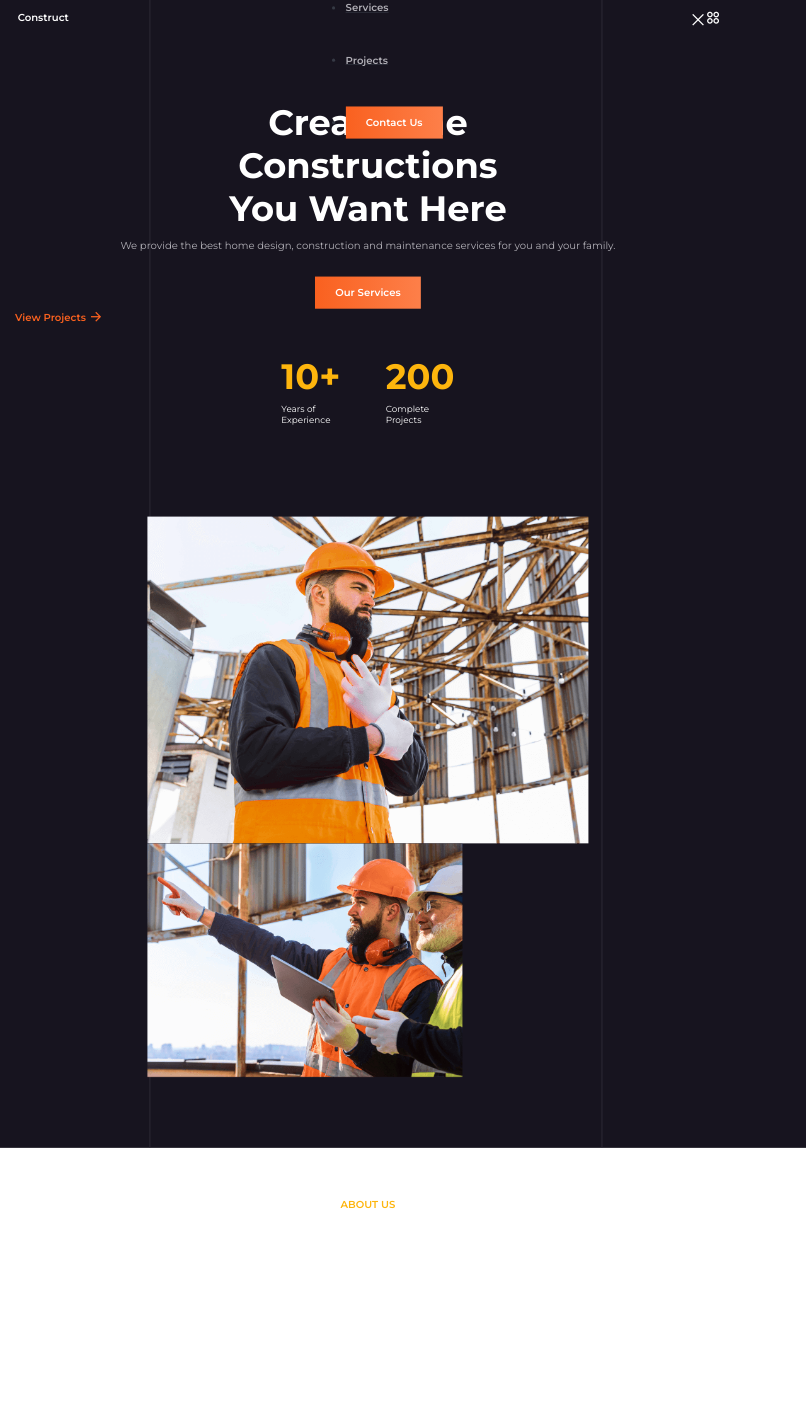
Repository: douglasabnovato/construction
Page: index.html
The author's editor kept a copy of each file at every save. The page is drawn from the files as they stood at one save, then again after the next save.
The browser window is 1280 px wide. The pictures show the whole page, at 63% of full size.

Above is the page before, as saved 2025-05-01 11:36:02.

### index.html
<!DOCTYPE html>
<html lang="en">
  <head>
    <meta charset="UTF-8" />
    <meta name="viewport" content="width=device-width, initial-scale=1.0" />

    <!--=============== FAVICON ===============-->
    <link
      rel="shortcut icon"
      href="assets/img/favicon.png"
      type="image/x-icon"
    />

    <!--=============== REMIXICONS ===============-->
    <link
      rel="stylesheet"
      href="https://cdnjs.cloudflare.com/ajax/libs/remixicon/4.2.0/remixicon.css"
    />

    <!--=============== SWIPER CSS ===============-->
    <link rel="stylesheet" href="" />

    <!--=============== CSS ===============-->
    <link rel="stylesheet" href="assets/css/styles.css" />

    <title>Construction</title>
  </head>
  <body>
    <!--==================== HEADER ====================-->
    <header class="header bg-header" id="header">
      <nav class="nav container">
        <a href="#" class="nav__logo">
          <i class="ri-bulding-3-line"></i>
          <span>Construct</span>
        </a>
        <div class="nav__menu" id="nav-menu">
          <u class="nav__list">
            <li>
              <a href="#home" class="nav__link">Home</a>
            </li>
            <li>
              <a href="#aboutus" class="nav__link"> About Us</a>
            </li>
            <li>
              <a href="#services" class="nav__link"> Services</a>
            </li>
            <li>
              <a href="#projects" class="nav__link"> Projects</a>
            </li>
            <li>
              <a href="#contactus" class="nav__link button"> Contact Us</a>
            </li>
          </u>
          <!-- Close Button -->
          <div class="nav__close" id="nav-close">
            <i class="ri-close-large-line"></i>
          </div>
        </div>
        <!-- Toggle menu -->
        <div class="nav__toggle" id="nav-toggle">
          <i class="ri-apps-2-line"></i>
        </div>
      </nav>
    </header>

    <!--==================== MAIN ====================-->
    <main class="main">
      <!--==================== HOME ====================-->
      <section class="home section" id="home">
        <img
          src="./assets/img/home-lines-bg.svg"
          alt="image"
          class="home__lines"
        />
        <div class="home__container container grid">
          <div class="home__container grid">
            <div class="home__data">
              <h1 class="home__title">
                Create The<br />
                Constructions<br />
                You Want Here
              </h1>
              <p class="home__description">
                We provide the best home design, construction and maintenance
                services for you and your family.
              </p>
              <div class="home__buttons">
                <a href="#services" class="button">Our Services</a>
                <a href="#projects" class="button__link"
                  ><span>View Projects</span> <i class="ri-arrow-right-line"></i
                ></a>
              </div>
            </div>
            <div class="home__info">
              <div>
                <h3 class="home__info-title">10+</h3>
                <p class="home__info-description">
                  Years of <br />
                  Experience
                </p>
              </div>
              <div>
                <h3 class="home__info-title">200</h3>
                <p class="home__info-description">
                  Complete <br />
                  Projects
                </p>
              </div>
            </div>
          </div>
          <div class="home__images">
            <img src="./assets/img/home-img-1.png" alt="imagem">
            <img src="./assets/img/home-img-2.png" alt="imagem">
          </div>
        </div>
      </section>

      <!--==================== ABOUT ====================-->
      <section class="about section" id="about">
        <div class="about__container container grid">
          <div class="about__data">
            <span class="section__subtitle">ABOUT US</span>
          </div>
        </div>
      </section>

      <!--==================== SERVICES ====================-->
      <section class="services section" id="services"></section>

      <!--==================== PROJECTS ====================-->
      <section class="projects section" id="projects"></section>

      <!--==================== CONTACT ====================-->
      <section class="contact section" id="contact"></section>
    </main>

    <!--==================== FOOTER ====================-->
    <footer class="footer"></footer>

    <!--========== SCROLL UP ==========-->

    <!--=============== SCROLLREVEAL ===============-->
    <script src=""></script>

    <!--=============== SWIPER JS ===============-->
    <script src=""></script>

    <!--=============== MAIN JS ===============-->
    <script src="assets/js/main.js"></script>
  </body>
</html>

### assets/css/styles.css
/*=============== GOOGLE FONTS ===============*/
@import url("https://fonts.googleapis.com/css2?family=Montserrat:wght@100..900&display=swap");

/*=============== VARIABLES CSS ===============*/
:root {
  --header-height: 3.5rem;

  /*========== Colors ==========*/
  /*Color mode HSL(hue, saturation, lightness)*/
  --first-color: hsl(18, 95%, 55%);
  --second-color: hsl(42, 98%, 52%);
  --first-gradient: linear-gradient(
    90deg,
    hsl(18, 95%, 55%),
    hsl(18, 98%, 64%)
  );
  --title-color: hsl(255, 12%, 12%);
  --text-color: hsl(225, 12%, 24%);
  --text-color-light: hsl(255, 4%, 70%);
  --body-color: hsl(0, 0%, 100%);
  --container-color: hsl(0, 0%, 100%);
  --white-color: hsl(0, 0%, 100%);
  --black-color: hsl(255, 20%, 10%);
  --gray-border: hsl(255, 6%, 90%);
  --black-border: hsl(255, 10%, 20%);

  /*========== Font and typography ==========*/
  /*.5rem = 8px | 1rem = 16px ...*/
  --body-font: "Montserrat", sans-serif;
  --big-font-size: 2.25rem;
  --h1-font-size: 1.5rem;
  --h2-font-size: 1.25rem;
  --h3-font-size: 1rem;
  --normal-font-size: 0.938rem;
  --small-font-size: 0.813rem;

  /*========== Font weight ==========*/
  --font-regular: 400;
  --font-medium: 500;
  --font-semi-bold: 600;
  --font-bold: 700;

  /*========== z index ==========*/
  --z-tooltip: 10;
  --z-fixed: 100;
}

/*========== Responsive typography ==========*/
@media screen and (min-width: 1150px) {
  :root {
    --big-font-size: 3.5rem;
    --h1-font-size: 2.25rem;
    --h2-font-size: 1.5rem;
    --h3-font-size: 1.25rem;
    --normal-font-size: 1rem;
    --small-font-size: 0.875rem;
  }
}

/*=============== BASE ===============*/
* {
  box-sizing: border-box;
  padding: 0;
  margin: 0;
}

html {
  scroll-behavior: smooth;
}

body {
  font-family: var(--body-font);
  font-size: var(--normal-font-size);
  background-color: var(--body-color);
  color: var(--text-color);
}

h1,
h2,
h3,
h4 {
  color: var(--title-color);
  font-weight: var(--font-semi-bold);
}

ul {
  list-style: none;
}

a {
  text-decoration: none;
}

img {
  display: block;
  max-width: 100%;
  height: auto;
}

/*=============== REUSABLE CSS CLASSES ===============*/
.container {
  max-width: 1120px;
  margin-inline: 1.5rem;
}

.grid {
  display: grid;
  gap: 1.5rem;
}

.section {
  padding-block: 5rem 1rem;
}
.section__title,
.section__subtitle {
  text-align: center;
}

.section__title {
  font-size: var(--h1-font-size);
  font-weight: var(--font-bold);
  margin-bottom: 1.5rem;
}

.section__subtitle {
  display: block;
  font-size: var(--normal-font-size);
  font-weight: var(--font-semi-bold);
  color: var(--second-color);
  margin-bottom: 0.5rem;
}

.main {
  overflow: hidden;
}

/*=============== HEADER & NAV ===============*/
.header {
  position: fixed;
  width: 100%;
  top: 0;
  left: 0;
  background-color: transparent;
  z-index: var(--z-fixed);
  transition: background-color .4s;
}

.nav {
  position: relative;
  height: var(--header-height);
  display: flex;
  justify-content: space-between;
  align-items: center;
}

.nav__logo {
  display: flex;
  align-items: center;
  column-gap: 0.25rem;
}

.nav__logo span {
  color: var(--white-color);
  font-weight: var(--font-semi-bold);
  transition: color 0.4s;
}

.nav__logoi i {
  color: var(--first-color);
  font-size: 1.5rem;
}

.nav__toggle,
.nav__close {
  font-size: 1.5rem;
  color: var(--white-color);
  cursor: pointer;
  transition: color 0.4s;
}

/* Navigation for mobile devices */
@media screen and (max-width: 1150px) {
  .nav__menu {
    position: fixed;
    top: 0;
    right: -100%;
    background-color: var(--black-color);
    width: 80%;
    height: 100%;
    padding: 7.5rem 3.5rem 0;
    border-left: 2px solid var(--black-border);
    transition: right 0.4s;
  }
}

.nav__list {
  display: flex;
  flex-direction: column;
  row-gap: 4rem;
}

.nav__link {
  color: var(--text-color-light);
  font-weight: var(--font-semi-bold);
  transition: color 0.4s;
}

.nav__link:hover {
  color: var(--first-color);
}

.nav__close {
  position: absolute;
  top: 1rem;
  right: 1.5rem;
}

/* Show menu */
.show-menu {
  right: 0;
}

/* Change background header */
.bg-header{
  background-color: var(--body-color);
  box-shadow: 0 4px 16px hsla(255, 90%, 8%, .1);
}

.bg-header .nav__logo span,
.bg-header .nav__toggle{
  color: var(--title-color);
}

/* Active link */

/*=============== HOME ===============*/
.home {
  position: relative;
  background-color: var(--black-color);
}

.home__container {
  position: relative;
  row-gap: 3rem;
  padding-block: 2.5rem 6rem;
}

.home__content {
  row-gap: 2.5rem;
}

.home__data {
  text-align: center;
}

.home__title {
  color: var(--white-color);
  font-size: var(--big-font-size);
  font-weight: var(--font-bold);
  margin-bottom: 1rem;
}

.home__description{
  margin-bottom: 2.5rem;
  color: var(--text-color-light);
}

.home_buttons{
  display: flex;
  justify-content: center;
  align-items: center;
  gap: 1rem;
}

.home__info{
  display: flex;
  justify-content: center;
  column-gap: 4.5rem;
}

.home__info-title{
  color: var(--second-color);
  font-size: var(--big-font-size);
  font-weight: var(--font-bold);
  margin-bottom: .5rem;
}

.home__info-description{
  font-size: var(--small-font-size);
  color: var(--white-color);
}

.home__images{
  position: relative;
  justify-self: center;
}

.home__img-1{
  width: 250px;
  margin-left: 3.5rem;
}

.home__img-2{
  width: 150px;
  border: 5px solid var(--black-color);
  position: absolute;
  left: 0;
  bottom: -3.5rem;
}

.home__lines{
  position: absolute;
  top: 0;
  left: 0;
  width: 100%;
  height: 100%;
  object-fit: cover;
  object-position: right;
}

/*=============== BUTTON ===============*/
.button {
  display: inline-flex;
  background: var(--first-gradient);
  color: var(--white-color);
  font-weight: var(--font-semi-bold);
  padding: 1rem 2rem;
  transition: box-shadow .4s;
}

.button:hover{
  box-shadow: 0 8px 32px hsla(18, 95%, 55%, .3);
  color: var(--white-color);
}

.button__link {
  display: flex;
  align-items: center;
  column-gap: .25rem;
  color: var(--first-color);
}

.button__link span{
  font-weight: var(--font-semi-bold);
}

.button__link i {
  font-size: 1.5rem;
  transition: transform .4s;
}

.button__link:hover i {
  transform: translateX(.25rem)
}

/*=============== ABOUT ===============*/

/*=============== SERVICES ===============*/

/* Swiper class */

/*=============== PROJECTS ===============*/

/*=============== CONTACT ===============*/

/*=============== FOOTER ===============*/

/*=============== SCROLL BAR ===============*/

/*=============== SCROLL UP ===============*/

/* Show Scroll Up */

/*=============== BREAKPOINTS ===============*/
/* For small devices */

/* For medium devices */

/* For large devices */

### assets/js/main.js
/*=============== SHOW MENU ===============*/
const navMenu = document.getElementById('nav-menu'),
      navToggle = document.getElementById('nav-toggle'),
      navClose = document.getElementById('nav-close')

/* Menu show */
if(navToggle){
    navToggle.addEventListener('click', () =>{
        navMenu.classList.add('show-menu')
    })
}

/* Menu hidden */
if(navClose){
    navClose.addEventListener('click', () =>{
        navMenu.classList.remove('show-menu')
    })
}

/*=============== REMOVE MENU MOBILE ===============*/
const navLink = document.querySelectorAll('.nav__link')

const linkAction = () =>{
    const navMenu = document.getElementById('nav-menu')
    // When we click on each nav__link, we remove the show-menu class
    navMenu.classList.remove('show-menu')
}
navLink.forEach(n => n.addEventListener('click', linkAction))


/*=============== CHANGE BACKGROUND HEADER ===============*/
const bgHeader = () =>{
    const header = document.getElementById('header')
    // Add a class if the bottom offset is greater than 50 of the viewport
    this.scrollY >= 50 ? header.classList.add('bg-header')
                       : header.classList.remove('bg-header')
}
window.addEventListener('scroll', bgHeader)
bgHeader()

/*=============== SWIPER SERVICES ===============*/

/*=============== SHOW SCROLL UP ===============*/

/*=============== SCROLL SECTIONS ACTIVE LINK ===============*/

/*=============== SCROLL REVEAL ANIMATION ===============*/

After the next save:
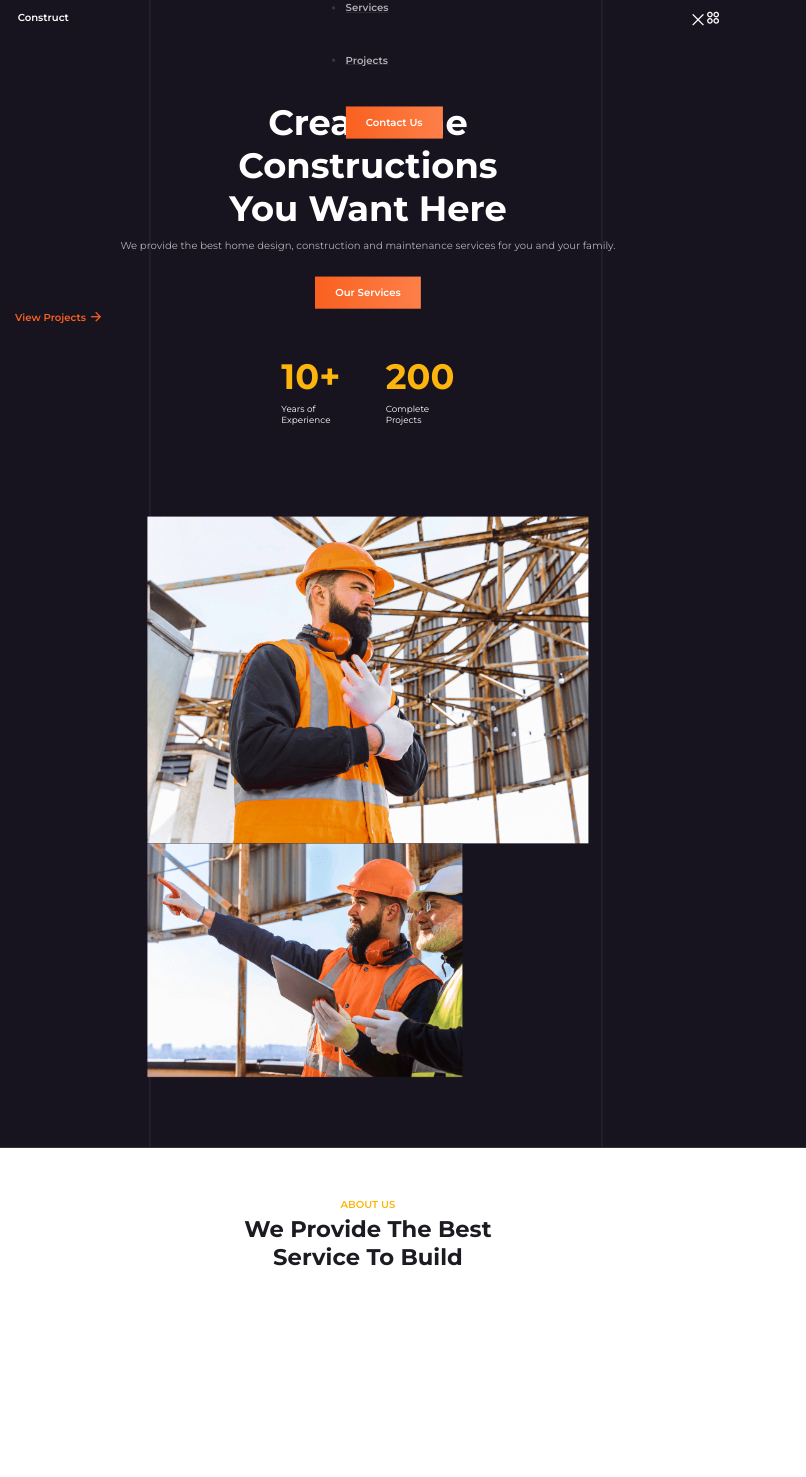
Saved 49 s later.
--- a/index.html
+++ b/index.html
@@ -120,6 +120,7 @@
         <div class="about__container container grid">
           <div class="about__data">
             <span class="section__subtitle">ABOUT US</span>
+            <h2 class="section__title">We Provide The Best <br> Service To Build</h2>
           </div>
         </div>
       </section>
